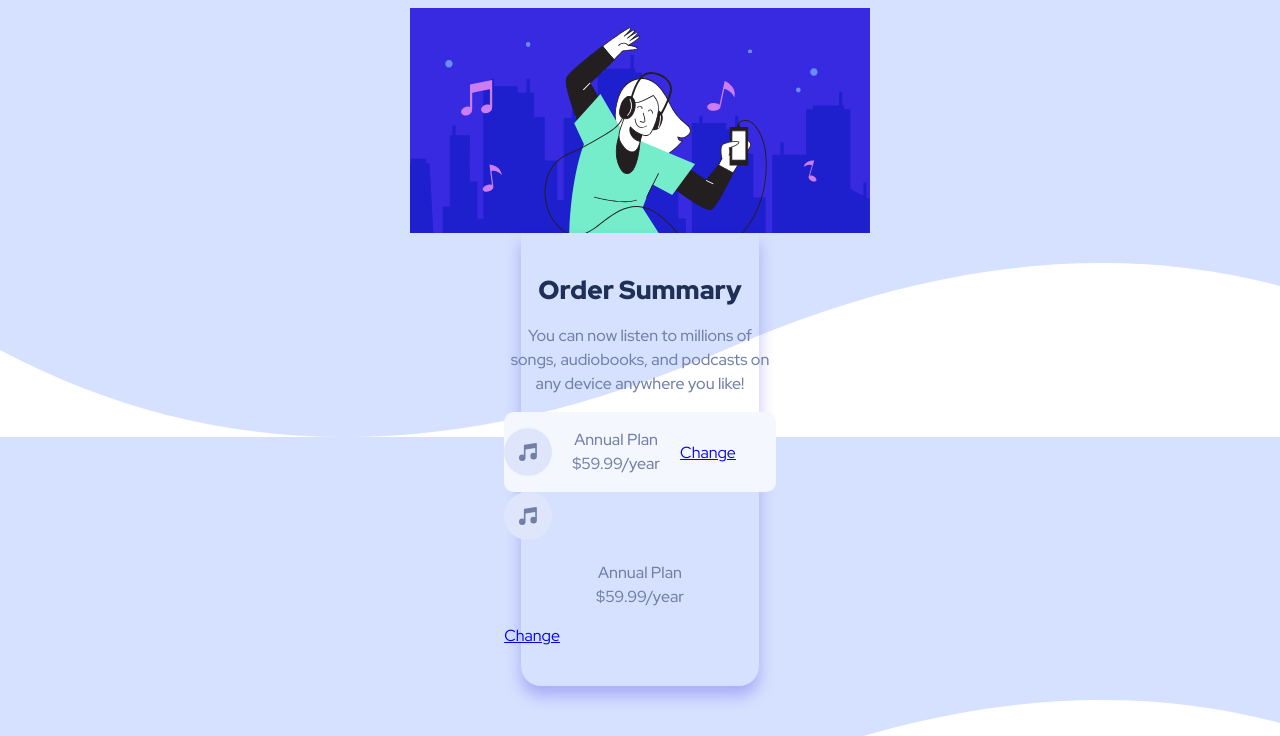
Repository: Pawan-pediredla/frontend-mentors
Page: order-summary-card/order-summary-component-main/markup/index.html
An editor plug-in stored every save of this project. The page is shown before and after the next save, followed by the edit.
The browser window is 1280 px wide. The pictures show the whole page.

Above is the page before, as saved 2024-06-22 12:15:55.

### order-summary-card/order-summary-component-main/markup/index.html
<!DOCTYPE html>
<html lang="en">
<head>
  <meta charset="UTF-8">
  <meta name="viewport" content="width=device-width, initial-scale=1.0"> <!-- displays site properly based on user's device -->
  <title>Frontend Mentor | Order summary card</title>
  <link
  rel="icon"
  type="image/png"
  sizes="32x32"
  href="favicon-32x32.png"/>
<link rel="stylesheet"  href="../styling/index.css"/>
</head>
<body>
  <section class="image-container">
    <img src="illustration-hero.svg" alt="illustration-hero" />
  </section>
  <div class="container">
    <div class="content">
      <h1>Order Summary</h1>

      <p>
        You can now listen to millions of songs, audiobooks, and podcasts on
        any device anywhere you like!
      </p>

      </p>
      <section class="price">
        <img src="icon-music.svg" alt="icon-music" />
        <p>
          Annual Plan <br />
          <span>$59.99/year</span>
        </p>

        <a href="#">Change</a>
      </section>
      <section class="footer">
        <img src="icon-music.svg" alt="icon-music" />
        <p>
          Annual Plan <br />
          <span>$59.99/year</span>
        </p>
        <a href="#">Change</a>
      </section>
    </div>
  </div>
</body>
</html>

### order-summary-card/order-summary-component-main/styling/index.css
@import url("https://fonts.googleapis.com/css2?family=Red+Hat+Display:ital,wght@0,300..900;1,300..900&display=swap");

.attribution { font-size: 11px; text-align: center; }
    .attribution a { color: hsl(228, 45%, 44%); }
    :root {
        --pale-blue: #e0e8ff;
        --bright-blue: #3829e0;
        --very-pale-blue: #f5f7ff;
        --desaturated-blue: #7280a7;
        --dark-blue: #1f2f56;
      }
      html{
        padding: 0;
        margin: 0;
        -webkit-box-sizing: border-box;
        box-sizing: border-box;
        background-image: url(../images/pattern-background-desktop.svg);
        font-family: "Red Hat Display", sans-serif;
      }
      body{
        display: flex;
        flex-direction: column;
        align-items: center;
        justify-self: center
        ;
        height: 100vh;
      }
      .container{
        display: flex;
        flex-direction: column;
        justify-content: center;
        align-items:center;
    width:  23.5%;

    padding: 30px 30px;
    padding-bottom: 40px;
    border-bottom-left-radius: 20px;
    border-bottom-right-radius: 20px;
    box-shadow: 0px 10px 15px #3829e049;
}
.image-container img {
    width: 100%;
    height: 100%;
    object-fit: fill;
  }

  .content h1 {
    color: var(--dark-blue);
    text-align: center;
    font-size: 26px;
    font-weight: 900;
    margin-top: 10px;
  }

  .content p {
    color: var(--desaturated-blue);
    font-size: 16px;
    text-align: center;
    font-weight: 500;
    line-height: 1.5rem;
  }
  section.price{
    display: grid;
    grid-template-columns: repeat(5,1fr);
    align-items: center;
    gap: 20px;
    width: 100%;
    background: var(--very-pale-blue);
    border-radius: 10px;
  }

After the next save:
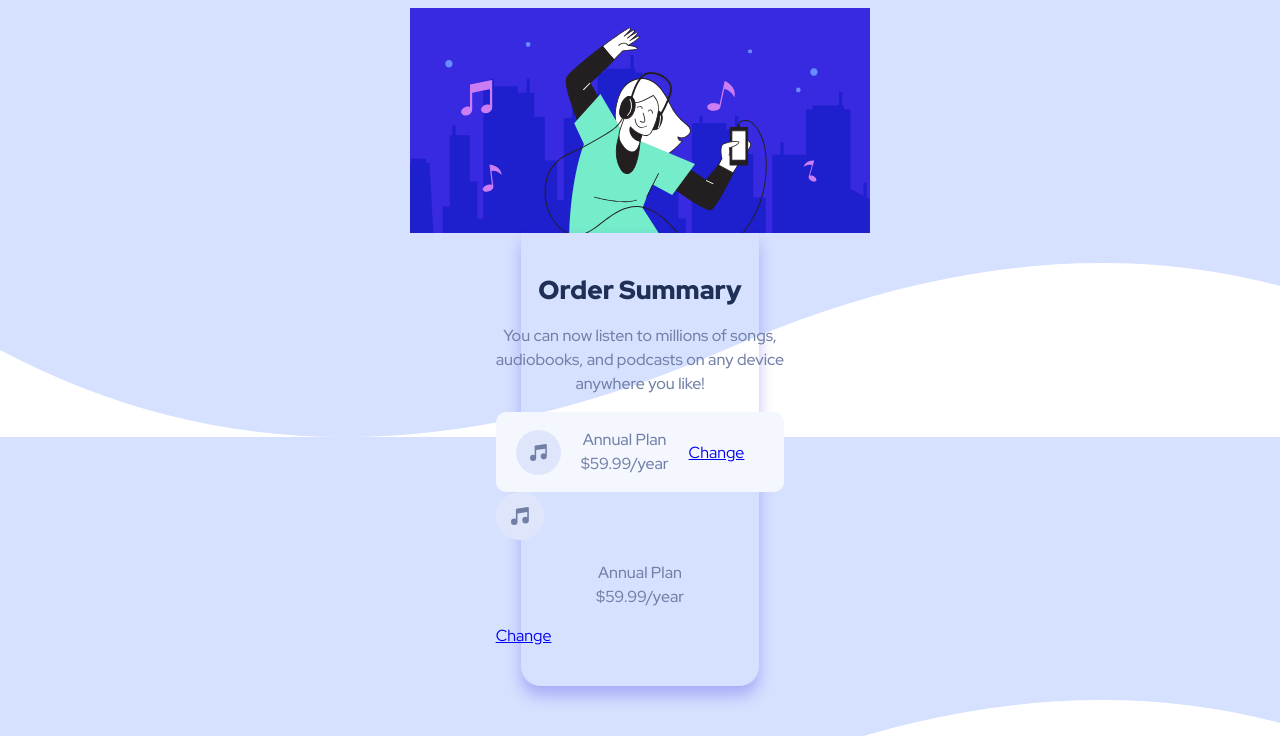
Saved 17 s later.
--- a/order-summary-card/order-summary-component-main/styling/index.css
+++ b/order-summary-card/order-summary-component-main/styling/index.css
@@ -68,3 +68,8 @@
     background: var(--very-pale-blue);
     border-radius: 10px;
   }
+  section.price img {
+    width: 45px;
+    height: 45px;
+    padding-left: 20px;
+  }
